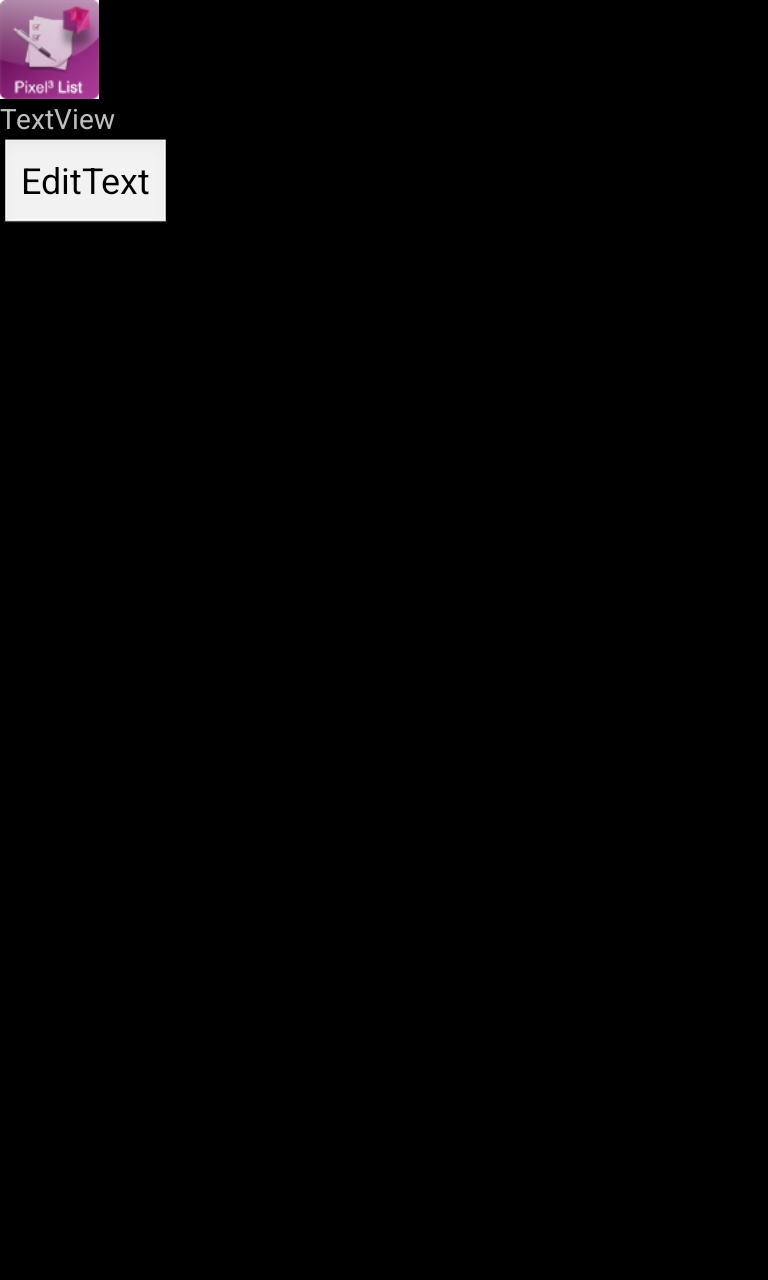
Repository: pixel3mobi/listaDigital
Layout: Pixel3List/res/layout/meusdados.xml
The author's editor kept a copy of each file at every save. The layout is drawn from the files as they stood at one save, then again after the next save.
It is drawn on a 768 x 1280 px phone screen (xhdpi) without system bars, with theme android:Theme; the app's code is not run.

Above is the layout before, as saved 2011-03-22 02:52:46.

### Pixel3List/res/layout/meusdados.xml
<?xml version="1.0" encoding="utf-8"?>
<RelativeLayout
  xmlns:android="http://schemas.android.com/apk/res/android"
  android:layout_width="fill_parent"
  android:layout_height="fill_parent">
    <ImageView android:src="@drawable/icon" android:id="@+id/imageView1" android:layout_width="wrap_content" android:layout_height="wrap_content" android:layout_alignParentTop="true"></ImageView>
    <LinearLayout android:orientation="vertical" android:layout_below="@+id/imageView1" android:id="@+id/linearLayout1" android:layout_width="fill_parent" android:layout_height="wrap_content" android:layout_alignLeft="@+id/imageView1">
        <TextView android:text="TextView" android:id="@+id/textView1" android:layout_width="wrap_content" android:layout_height="wrap_content"></TextView>
        <EditText android:layout_height="wrap_content" android:text="EditText" android:id="@+id/editText1" android:layout_width="wrap_content"></EditText>
    </LinearLayout>
</RelativeLayout>

After the next save:
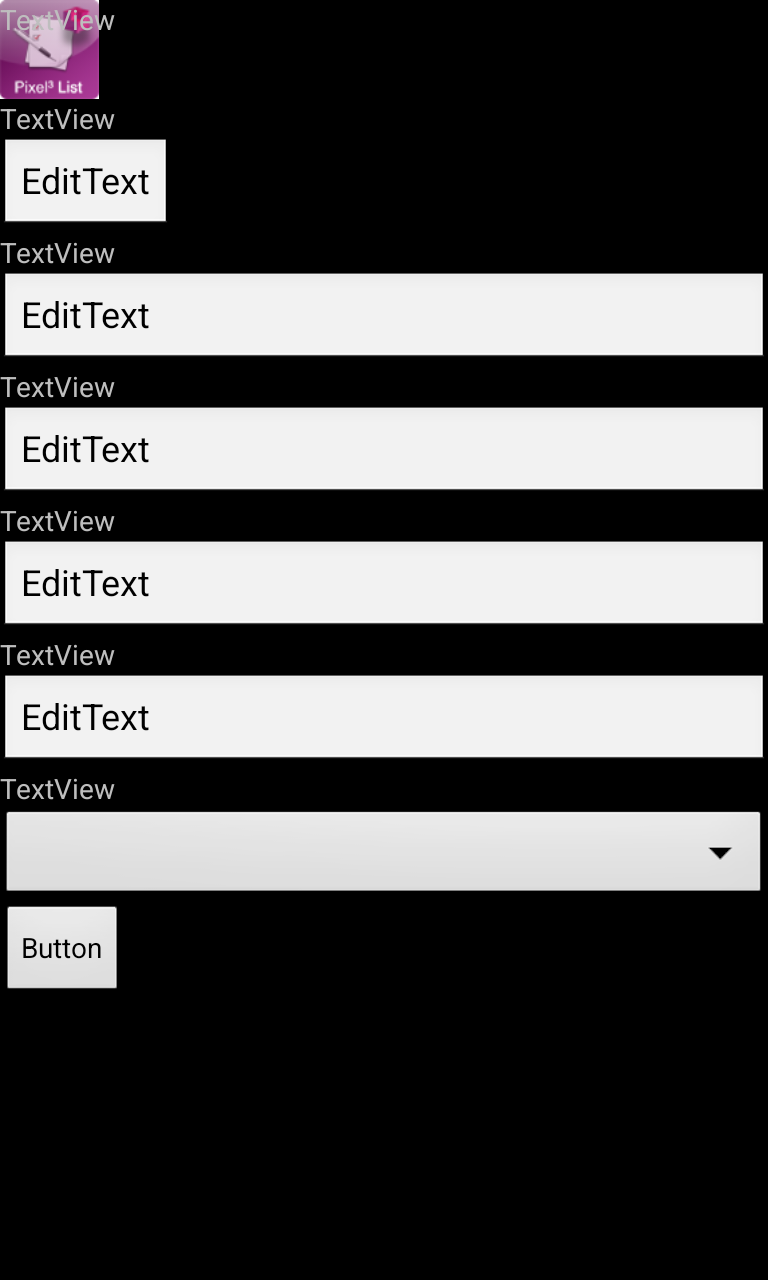
Saved 2 min 21 s later.
--- a/Pixel3List/res/layout/meusdados.xml
+++ b/Pixel3List/res/layout/meusdados.xml
@@ -7,5 +7,17 @@
     <LinearLayout android:orientation="vertical" android:layout_below="@+id/imageView1" android:id="@+id/linearLayout1" android:layout_width="fill_parent" android:layout_height="wrap_content" android:layout_alignLeft="@+id/imageView1">
         <TextView android:text="TextView" android:id="@+id/textView1" android:layout_width="wrap_content" android:layout_height="wrap_content"></TextView>
         <EditText android:layout_height="wrap_content" android:text="EditText" android:id="@+id/editText1" android:layout_width="wrap_content"></EditText>
+        <TextView android:text="TextView" android:id="@+id/textView2" android:layout_width="wrap_content" android:layout_height="wrap_content"></TextView>
+        <EditText android:layout_height="wrap_content" android:text="EditText" android:id="@+id/editText2" android:layout_width="fill_parent"></EditText>
+        <TextView android:text="TextView" android:id="@+id/textView3" android:layout_width="wrap_content" android:layout_height="wrap_content"></TextView>
+        <EditText android:layout_height="wrap_content" android:text="EditText" android:id="@+id/editText3" android:layout_width="fill_parent"></EditText>
+        <TextView android:text="TextView" android:id="@+id/textView4" android:layout_width="wrap_content" android:layout_height="wrap_content"></TextView>
+        <EditText android:layout_height="wrap_content" android:text="EditText" android:id="@+id/editText4" android:layout_width="fill_parent"></EditText>
+        <TextView android:text="TextView" android:id="@+id/textView5" android:layout_width="wrap_content" android:layout_height="wrap_content"></TextView>
+        <EditText android:layout_height="wrap_content" android:text="EditText" android:id="@+id/editText5" android:layout_width="fill_parent"></EditText>
+        <TextView android:text="TextView" android:id="@+id/textView7" android:layout_width="wrap_content" android:layout_height="wrap_content"></TextView>
+        <Spinner android:layout_height="wrap_content" android:layout_width="fill_parent" android:id="@+id/spinner1"></Spinner>
+        <Button android:text="Button" android:id="@+id/button1" android:layout_width="wrap_content" android:layout_height="wrap_content"></Button>
     </LinearLayout>
+    <TextView android:id="@+id/textView6" android:layout_alignParentLeft="true" android:layout_width="wrap_content" android:layout_height="wrap_content" android:text="TextView"></TextView>
 </RelativeLayout>
